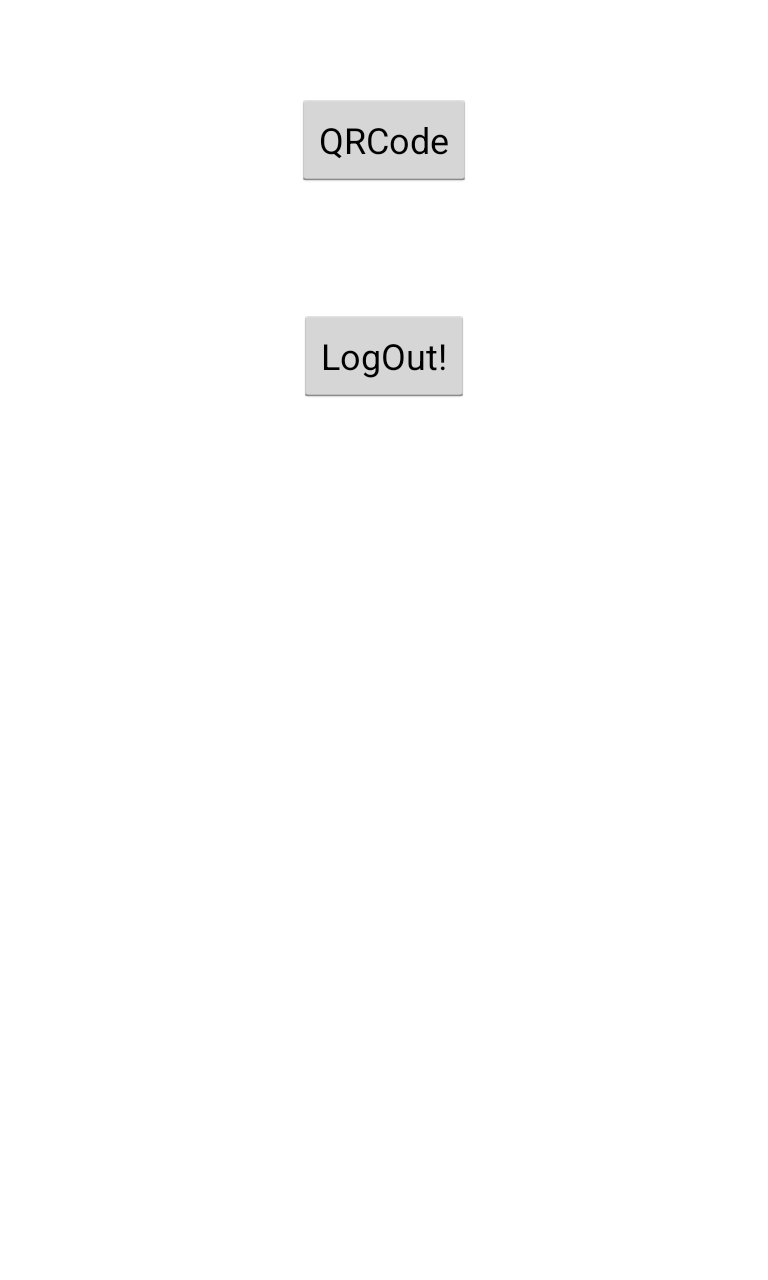
Repository: raphaelferras/eshelf
Layout: eshelfApp/E-shelf/res/layout/activity_menu.xml
The author's editor kept a copy of each file at every save. The layout is drawn from the files as they stood at one save, then again after a run of saves.
It is drawn on a 768 x 1280 px phone screen (xhdpi) without system bars, with theme AppTheme; the app's code is not run.

Above is the layout before, as saved 2013-03-23 18:17:27.

After the next 2 saves:
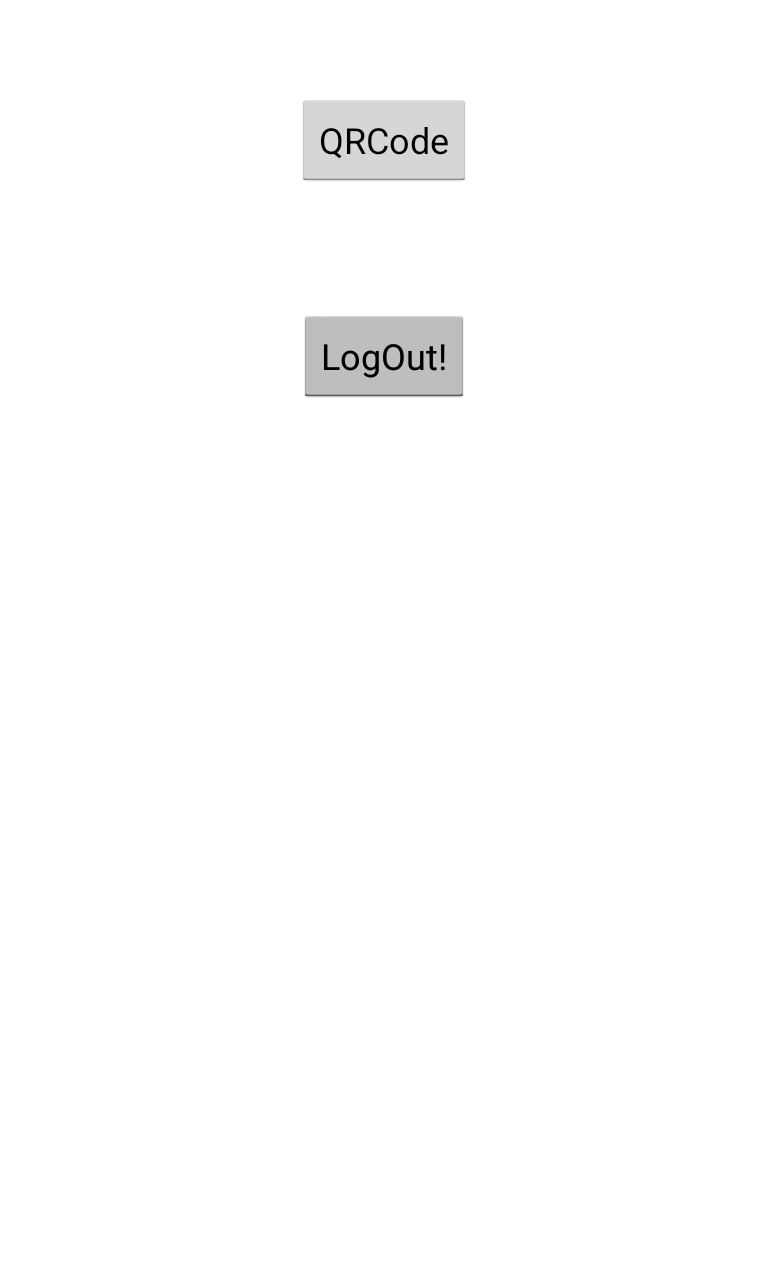
The 2 saves are shown as one change because they came seconds apart.
The last was saved 34 s later.
--- a/eshelfApp/E-shelf/res/layout/activity_menu.xml
+++ b/eshelfApp/E-shelf/res/layout/activity_menu.xml
@@ -21,4 +21,13 @@
         android:layout_marginTop="60dp"
         android:text="LogOut!" />
 
+    <Button
+        android:id="@+id/items_list"
+        android:layout_width="wrap_content"
+        android:layout_height="wrap_content"
+        android:layout_below="@+id/qrcode"
+        android:layout_centerHorizontal="true"
+        android:layout_marginTop="60dp"
+        android:text="LogOut!" />
+
 </RelativeLayout>
